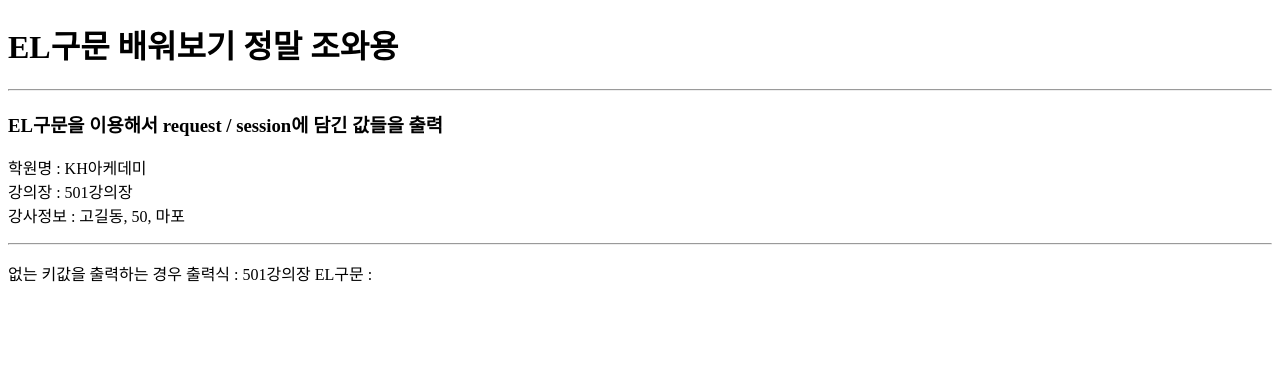
Repository: ghksl0204-shapa/dynamic-web
Page: http://localhost/ActionProject/el.do
These files come from the project's save history. The page is drawn as it stood at one moment and after the next save; the edit follows.
The browser window is 1280 px wide. The pictures show the whole page.
The page is served by Tomcat 9. Other server files are loaded and not shown.

Above is the page before, as saved 2026-05-06 06:08:21.

### ActionProject/src/main/webapp/WEB-INF/views/01_el.jsp
<%@ page language="java" contentType="text/html; charset=UTF-8"
    pageEncoding="UTF-8"%>
<%@ page import="com.kh.el.model.dto.Person" %>
<!DOCTYPE html>
<html>
<head>
<meta charset="UTF-8">
<title>UltraSuperPower JSP</title>
</head>
<body>

	<h1>EL구문 배워보기 정말 조와용</h1>

	<%--
	<!--

	<%
		String classRoom = (String)request.getAttribute("classRoom");
		Person student = (Person)request.getAttribute("student");

		String academy = (String)session.getAttribute("academy");
		Person lecture = (Person)session.getAttribute("lecture");
	%>

	<p>
		학원명 : <%= academy %> <br>
		강의장 : <%= classRoom %> <br>
		강사정보 : <%= lecture.getName() %>, <%= lecture.getAge() %>, <%= lecture.getAddress() %> <br><br>

		수강생 정보
		<ul>
			<li>이름 : <%= student.getName() %></li>
			<li>나이 : <%= student.getAge() %></li>
			<li>주소 : <%= student.getAddress() %></li>
		</ul>
	</p>
	-->
	--%>

	<hr>

	<h3>EL구문을 이용해서 request / session에 담긴 값들을 출력</h3>

	<p>
		학원명 : ${ academy } <br>
		강의장 : ${ classRoom } <br>
		강사정보 : ${ lecture.name }, ${ lecture.age }, ${ lecture.address } <br>

		<!--
			실제로 필드에 직접 접근 하는것은 불가능
			.name => getName()
			내부적으로 getter메소드를 찾아서 호출해서 값을 출력하는 구조
		 -->
	</p>

	<hr>

	<p>
		없는 키값을 출력하는 경우

		출력식 : <%= request.getAttribute("classRoom") %>
		EL구문 : ${ clasRoom }
	</p>


























</body>
</html>

### ActionProject/src/main/java/com/kh/el/controller/ElServlet.java
package com.kh.el.controller;

import java.io.IOException;

import javax.servlet.ServletException;
import javax.servlet.annotation.WebServlet;
import javax.servlet.http.HttpServlet;
import javax.servlet.http.HttpServletRequest;
import javax.servlet.http.HttpServletResponse;
import javax.servlet.http.HttpSession;

import com.kh.el.model.dto.Person;

@WebServlet("/el.do")
public class ElServlet extends HttpServlet {
	private static final long serialVersionUID = 1L;

    public ElServlet() {
        super();
    }

	protected void doGet(HttpServletRequest request, HttpServletResponse response) throws ServletException, IOException {
		// 만약 서블릿에서 응답할 데이터가 존재 한다면!!!
		// JSP로 포워딩을 할 때 request.setAttribute("name값", "value값") -> forward ~~
		// request -> Servlet 내장객체 / Scope 객체

		// application / session / request / page

		/*
		 * 1. application scope : ServletContext
		 * 한 애플리케이션 당, 딱 한개 존재하는 객체
		 * 이 영역에 데이터를 담으면 애플리케이션 전역에서 사용 가능
		 *
		 *
		 * 2. session scope : HttpSession
		 * 하나의 브라우저 당, 한 개 존재하는 객체
		 * 이 영역에 데이터를 담으면 JSP / Servlet 단에서 사용 가능
		 * 값이 한 번 담기면 서버를 멈추건, 세션을 비우거나, 브라우저가 닫히기 전까지는 계속 사용 가능
		 *
		 * 3. request scope : HttpServletRequest
		 * 요청 및 응답 시 매법 생성되는 객체
		 * 이 영역에 데이터를 담으면 해당 request 를 포워딩 받는 응답 JSP 에서만 사용가능 (1회성)
		 *
		 * 4. page scope : PageContext
		 * JSP페이지에서만 사용가능
		 *
		 * => 위 객체들에 속성을 추가할 때는 .setAttribute("name값", 벨류);
		 * 							  .getAttribute("namer값");
		 * 							  .removeAttribute("name값");
		 */
		// DTO(VO) 한 개, List<DTO>, int, String

		request.setAttribute("classRoom", "501강의장");
		request.setAttribute("student", new Person("홍길동", 15, "한양"));

		// sessionScope
		HttpSession session = request.getSession();
		session.setAttribute("academy", "KH아케데미");
		session.setAttribute("lecture", new Person("고길동", 50, "마포"));

		// 응답 뷰 배정 -> 포워딩
		request.getRequestDispatcher("/WEB-INF/views/01_el.jsp").forward(request, response);


	}

	protected void doPost(HttpServletRequest request, HttpServletResponse response) throws ServletException, IOException {
		doGet(request, response);
	}




















}

### ActionProject/src/main/java/com/kh/el/model/dto/Person.java
package com.kh.el.model.dto;

public class Person {

	private String name;
	private int age;
	private String address;

	public Person() {
		super();
	}

	public Person(String name, int age, String address) {
		super();
		this.name = name;
		this.age = age;
		this.address = address;
	}

	public String getName() {
		return name;
	}

	public void setName(String name) {
		this.name = name;
	}

	public int getAge() {
		return age;
	}

	public void setAge(int age) {
		this.age = age;
	}

	public String getAddress() {
		return address;
	}

	public void setAddress(String address) {
		this.address = address;
	}

	@Override
	public String toString() {
		return "Person [name=" + name + ", age=" + age + ", address=" + address + "]";
	}

}

After the next save:
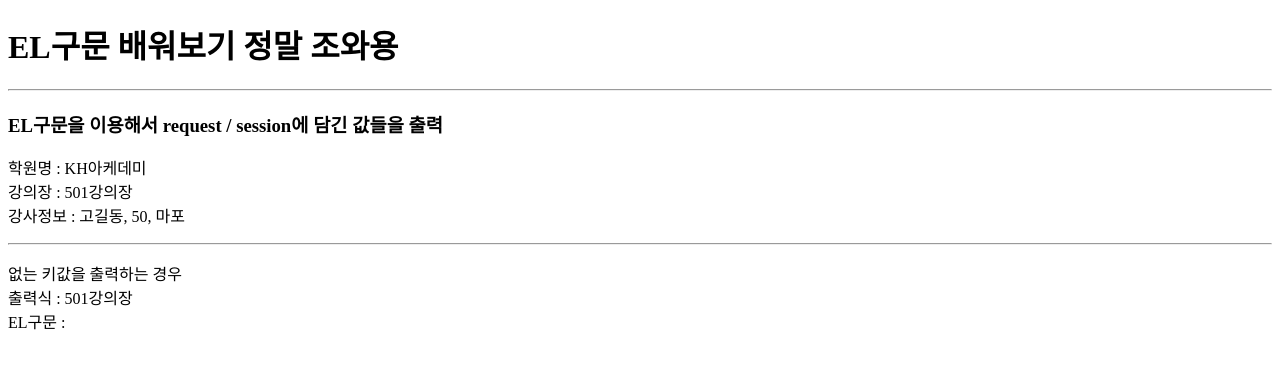
Saved 22 s later.
--- a/ActionProject/src/main/webapp/WEB-INF/views/01_el.jsp
+++ b/ActionProject/src/main/webapp/WEB-INF/views/01_el.jsp
@@ -56,10 +56,10 @@
 	<hr>
 
 	<p>
-		없는 키값을 출력하는 경우
+		없는 키값을 출력하는 경우 <br>
 
-		출력식 : <%= request.getAttribute("classRoom") %>
-		EL구문 : ${ clasRoom }
+		출력식 : <%= request.getAttribute("classRoom") %> <br>
+		EL구문 : ${ clasRoom } <br>
 	</p>
 
 
